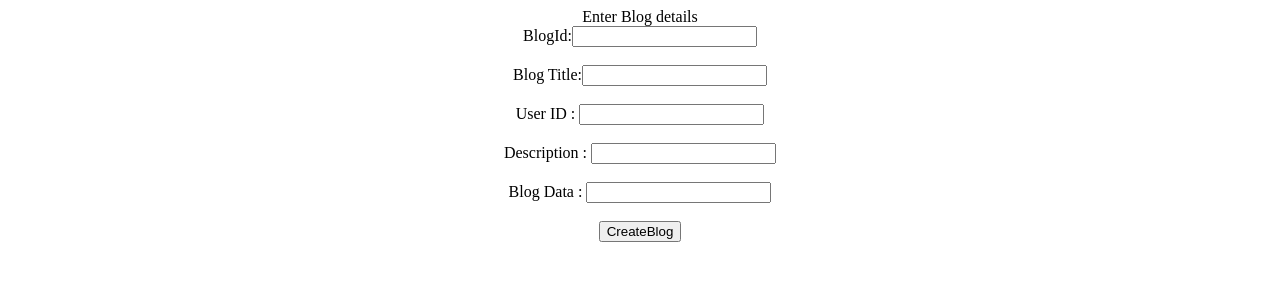
Repository: santosh345/Collabortion
Page: CollaborationFrontEnd/WebContent/c_blog/CreateBlog.html
The author's editor kept a copy of each file at every save. The page is drawn from the files as they stood at one save, then again after the next save.
The browser window is 1280 px wide. The pictures show the whole page.

Above is the page before, as saved 2017-05-26 07:22:02.

After the next save:
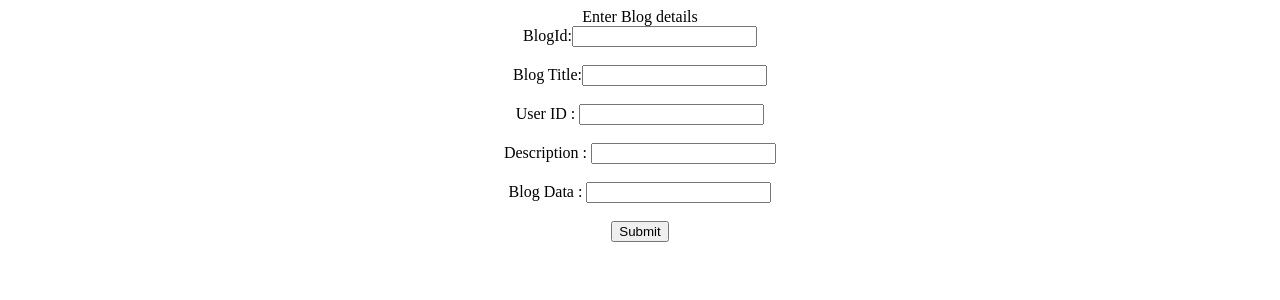
Saved 26 h 42 min later.
--- a/CollaborationFrontEnd/WebContent/c_blog/CreateBlog.html
+++ b/CollaborationFrontEnd/WebContent/c_blog/CreateBlog.html
@@ -1,7 +1,7 @@
 <div ng-controller="BlogController as ctrl">
 <center>Enter Blog details</center>
 <center>
-<form ng-submit="ctrl.CreateBlog()" class="form-horizontal">
+<form ng-submit="ctrl.Submit()" class="form-horizontal">
 BlogId:<input type="text" ng-model="ctrl.blog.blogId"><br><br>
 
 Blog Title:<input type="text" ng-model="ctrl.blog.blogtitle"/><br><br>
@@ -12,7 +12,7 @@ Description : <input type="text" ng-model="ctrl.blog.blogDescription"/><br><br>
 
 Blog Data : <input type="text" ng-model="ctrl.blog.blogData"/><br><br>
 
-<button type="button" ng-click="ctrl.CreateBlog()">CreateBlog</button>
+<button type="button" ng-click="ctrl.Submit()">Submit</button>
 
 </form>
 
